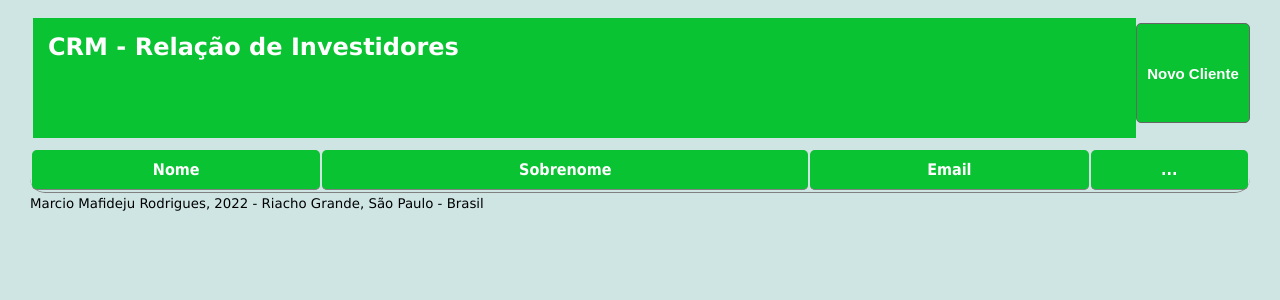
Repository: mafideju/CustomerTracker
Page: http://localhost/web-customer-tracker/WEB-INF/view/list-customers.jsp
An editor plug-in stored every save of this project. The page is shown before and after the next save, followed by the edit.
The browser window is 1280 px wide. The pictures show the whole page.
The page is served by Tomcat 9. Nobody is signed in. The template is opened directly, without the code that normally fills it, so the values that code supplies are empty.

Above is the page before, as saved 2022-01-27 16:06:42.

After the next save:
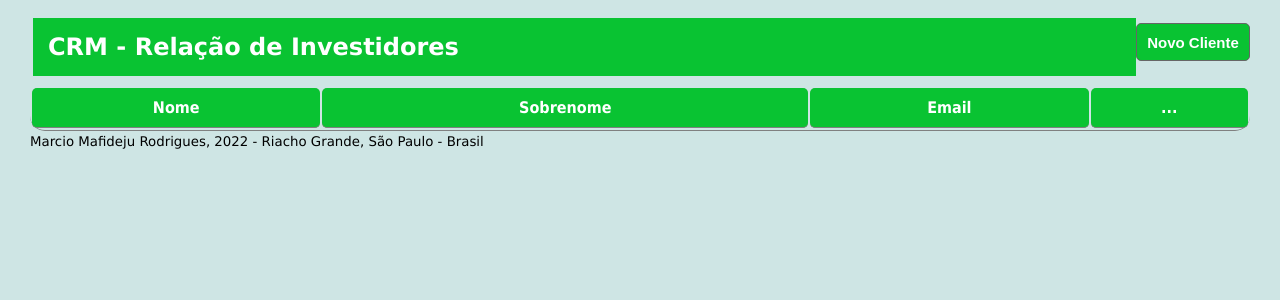
Saved 16 s later.
--- a/web-customer-tracker/WebContent/resources/css/style.css
+++ b/web-customer-tracker/WebContent/resources/css/style.css
@@ -36,7 +36,6 @@ tr:nth-child(odd) {background: #BBBBBB;}
 	color: white;
 	font-size: 15px;
 	font-weight: bold;
-	height: 100px;
 	margin-bottom: 15px;
 	margin-top: 15px;
 	padding: 5px 10px;
